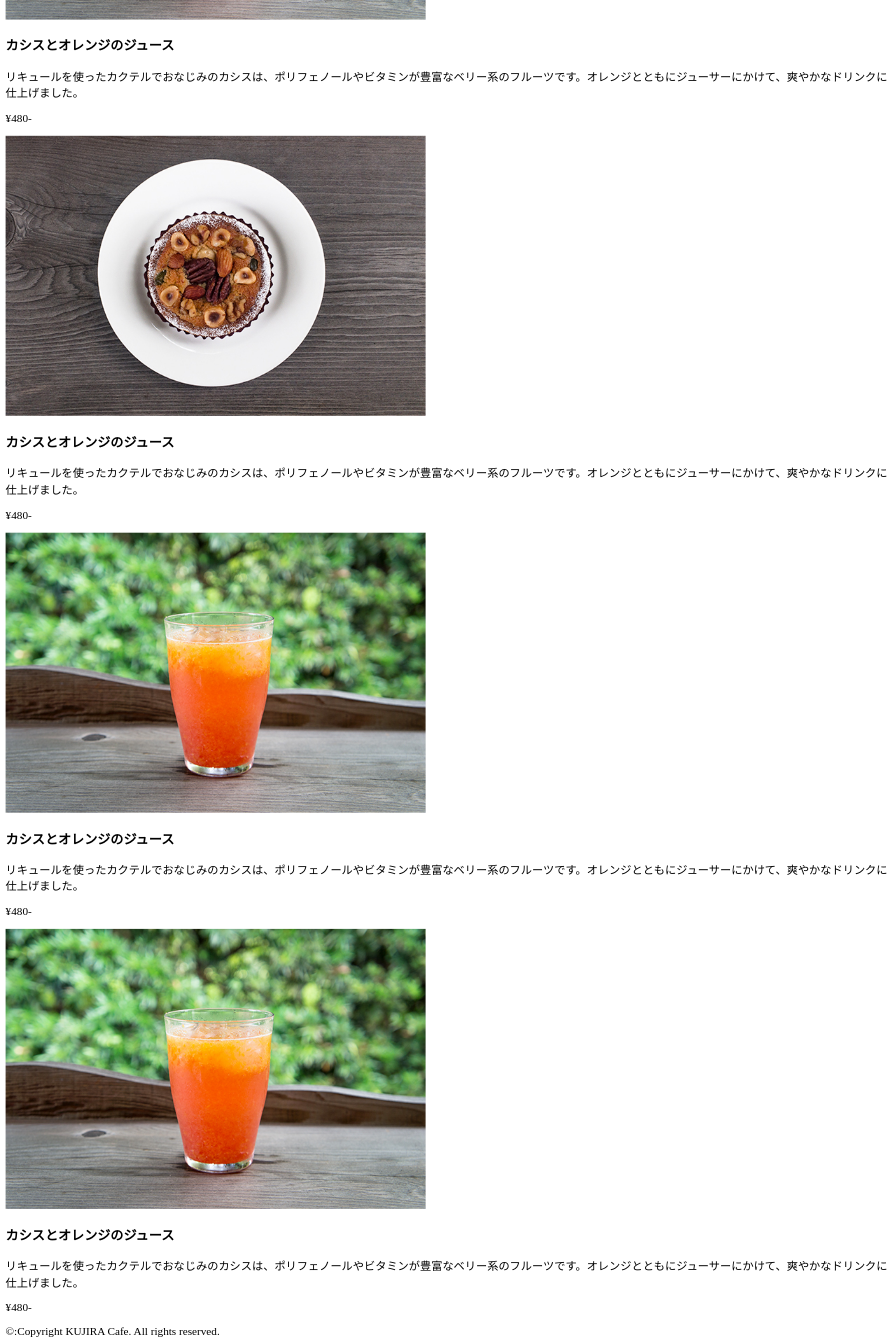
Repository: U-dias/work3
Page: cafe/menu.html
The author's editor kept a record of every edit. The page is drawn from the files as they stood at one moment, then again after the next edit.
The browser window is 1280 px wide. The pictures show the part of the page from y = 660 to 2580 px (the page is 2587 px tall), at 70% of full size.

Above is the page before.

After the next edit:
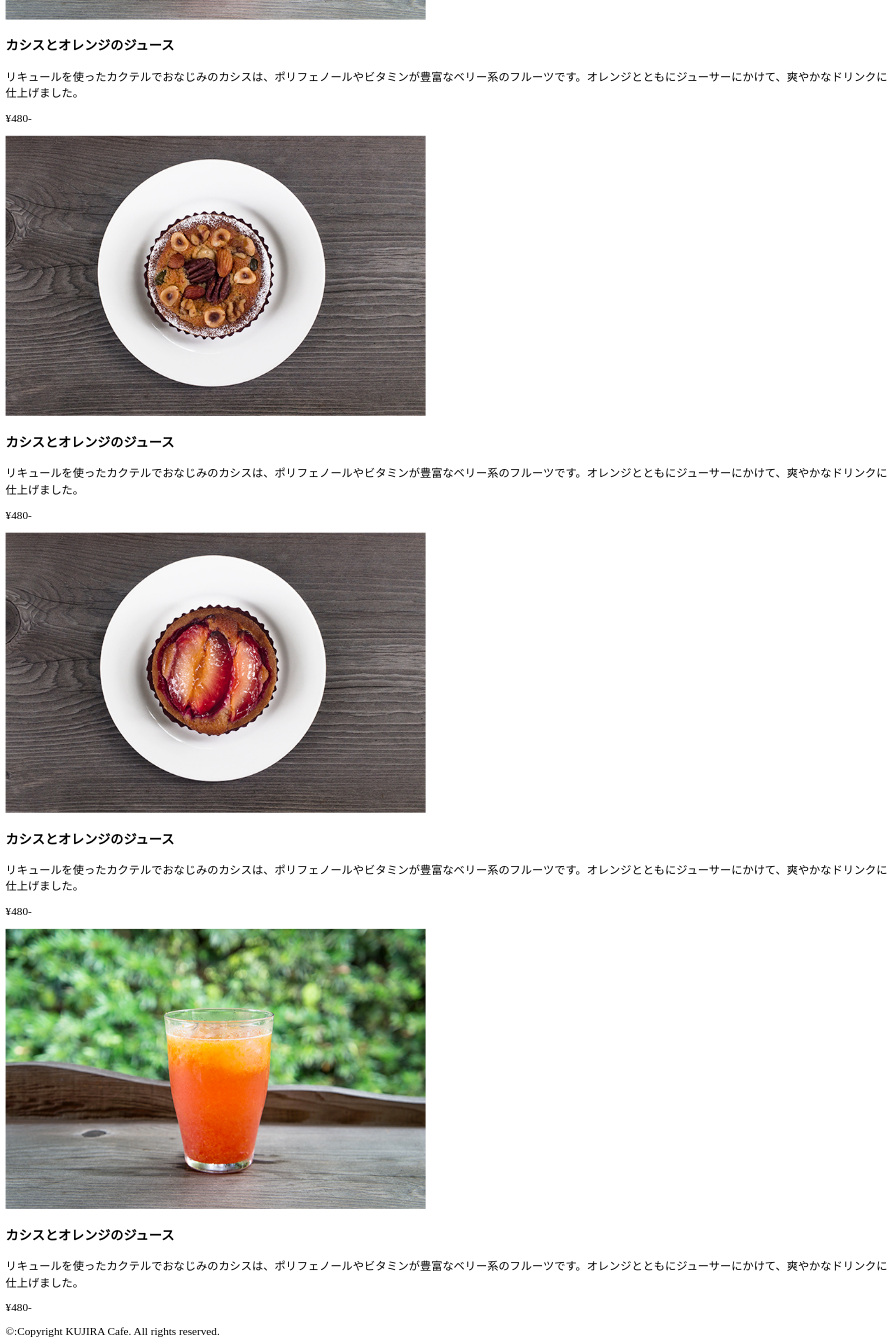
The edit:
--- a/cafe/menu.html
+++ b/cafe/menu.html
@@ -52,7 +52,7 @@
 
             <div class="menu-item">
               <div class="menu-photo">
-                <img src="images/menu-photo1.jpg" alt="">
+                <img src="images/menu-photo3.jpg" alt="">
               </div>
               <div class="menu-text">
                 <h3>カシスとオレンジのジュース</h3>
